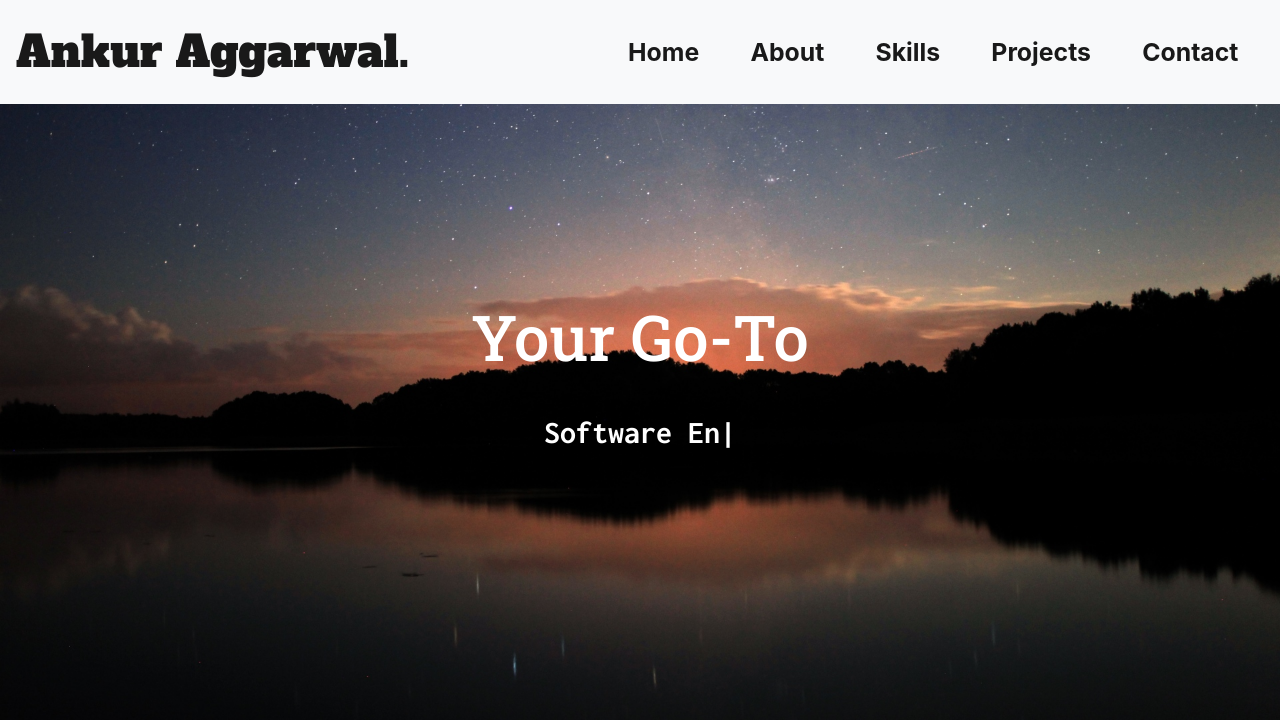
Repository: AnkurDevv/PersonalWebsite
Page: index.html
An editor plug-in stored every save of this project. The page is shown before and after the next save, followed by the edit.
The browser window is 1280 px wide. The pictures show the whole page.
Some web fonts or font styles are not loaded; a fallback is used.

Above is the page before, as saved 2020-09-12 23:34:13.

### index.html
<!DOCTYPE html>
<html>

<head>
  <meta charset="utf-8">
  <meta http-equiv="X-UA-Compatible" content="IE=edge">
  <title>Ankur Aggarwal</title>
  <meta name="description" content="">
  <meta name="viewport" content="width=device-width, initial-scale=1">
  <!-- Importing Bootstrap here -->
  <link rel="stylesheet" href="https://stackpath.bootstrapcdn.com/bootstrap/4.4.1/css/bootstrap.min.css"
    integrity="sha384-Vkoo8x4CGsO3+Hhxv8T/Q5PaXtkKtu6ug5TOeNV6gBiFeWPGFN9MuhOf23Q9Ifjh" crossorigin="anonymous">
  <!--CUSTOM CSS FOR THE PAGE  -->
  <link rel="stylesheet" href="./style/index.css">
  <!-- FOR COOL ANIMATION EFFECTS -->
  <link rel="stylesheet" href="./style/animate.css">
  <!-- FOR COOL TYPING EFFECTS -->
  <script src="https://cdn.jsdelivr.net/npm/typed.js@2.0.11"></script>
  <!-- FOR GOOGLE FONTS - START -->
  <!-- for main heading -->
  <link
    href="https://fonts.googleapis.com/css2?family=Merienda:wght@700&family=Pacifico&family=Roboto&family=Roboto+Slab:wght@500&display=swap"
    rel="stylesheet">
  <!-- For Sub heading -->
  <link
    href="https://fonts.googleapis.com/css2?family=Inconsolata:wght@700&family=Merienda:wght@700&family=Pacifico&family=Roboto&family=Roboto+Slab:wght@500&display=swap"
    rel="stylesheet">
  <!-- For Navbar Logo -->
  <link href="https://fonts.googleapis.com/css2?family=Alfa+Slab+One&display=swap" rel="stylesheet">
  <!-- FOR GOOGLE FONTS - END -->
</head>

<body>
  <header>
    <nav class="navbar navbar-expand-lg navbar-light bg-light">
      <a class="navbar-brand" id="Brand-logo">Ankur Aggarwal.</a>
      <button class="navbar-toggler" type="button" data-toggle="collapse" data-target="#navbarNav"
        aria-controls="navbarNav" aria-expanded="false" aria-label="Toggle navigation">
        <span class="navbar-toggler-icon"></span>
      </button>
      <div class="collapse navbar-collapse" id="navbarNav">
        <ul class="navbar-nav">
          <li class="nav-item active">
            <a class="nav-link" href="#">Home</a>
          </li>
          <li class="nav-item active">
            <a class="nav-link" href="#">About</a>
          </li>
          <!-- <li class="nav-item active">
            <a class="nav-link" href="#">Why Me?</a>
          </li> -->
          <li class="nav-item active">
            <a class="nav-link" href="#">Skills</a>
          </li>
          <li class="nav-item active">
            <a class="nav-link" href="#">Projects</a>
          </li>
          <li class="nav-item active">
            <a class="nav-link" href="#">Contact</a>
          </li>
        </ul>
      </div>
    </nav>
    <!-- FIRST IMPRESSION SECTION - START -->
    <section class="first-impression-section">
      <div class="row first-impression-row">
        <h1 class="text-center animated fadeInDown" id="MainNameHeading">Your Go-To</h1>
      </div>
      <div class="row">
        <h3 id="MainSubHeading">
          <span id="typed" style="white-space:pre;"></span>
          <!-- <span class="typed-cursor typed-cursor--blink">|</span> -->
        </h3>
      </div>
    </section>
    <!-- FIRST IMPRESSION SECTION - END -->
  </header>

  <script>
    // JS FOR COOL TYPING EFFECT USING TYPE.JS -  START
    var options = {
      strings: ['Software Engineer.', 'Web Developer.', 'Team Player.'],
      typeSpeed: 100,
      loop: true,
      backDelay: 800,
      backSpeed: 80,
      startDelay: 1000,
    };
    var typed = new Typed('#typed', options);
// JS FOR COOL TYPING EFFECT USING TYPE.JS -  END
  </script>

  <!-- NECESSARY JS FOR BOOTSTRAP - START -->
  <script src="https://code.jquery.com/jquery-3.4.1.slim.min.js"
    integrity="sha384-J6qa4849blE2+poT4WnyKhv5vZF5SrPo0iEjwBvKU7imGFAV0wwj1yYfoRSJoZ+n"
    crossorigin="anonymous"></script>
  <script src="https://cdn.jsdelivr.net/npm/popper.js@1.16.0/dist/umd/popper.min.js"
    integrity="sha384-Q6E9RHvbIyZFJoft+2mJbHaEWldlvI9IOYy5n3zV9zzTtmI3UksdQRVvoxMfooAo"
    crossorigin="anonymous"></script>
  <script src="https://stackpath.bootstrapcdn.com/bootstrap/4.4.1/js/bootstrap.min.js"
    integrity="sha384-wfSDF2E50Y2D1uUdj0O3uMBJnjuUD4Ih7YwaYd1iqfktj0Uod8GCExl3Og8ifwB6"
    crossorigin="anonymous"></script>
  <!-- NECESSARY JS FOR BOOTSTRAP - END -->

  <!-- ADDING JQUERY - START -->
  <script src="https://ajax.googleapis.com/ajax/libs/jquery/3.5.1/jquery.min.js"></script>
  <!-- ADDING JQUERY - END -->

  <!-- CUSTOM JS FOR THE PAGE - START  -->
  <script src="index.js"></script>
  <!-- CUSTOM JS FOR THE PAGE - END  -->
</body>

</html>

### style/index.css
body{
  margin-left: 0;
  margin-right: 0;
}

/* NAVBAR CSS - START */

#Brand-logo{
  font-family: 'Alfa Slab One', cursive;
  font-size: 270%;
}

.navbar-nav{
  margin-left: auto;
}

.nav-link{
  font-size: 155%;
  font-weight: 700;
  padding: 2vw!important;
}

@media only screen and (max-width: 992px) {
  .nav-link{
    text-align: center;
  }
}

@media only screen and (max-width: 600px) {

  #Brand-logo{
    font-size: 140%;
  }

  .navbar-nav{
    height: 100vh;
  }

  .nav-link{
    margin: 5vh auto;
  }

}

/* NAVBAR CSS - END */

/* FIRST IMPRESSION SECTION CSS - START */
header{
  height: 100vh; /* Takes 100% of the screen size */
  background-image:url(../images/sunset_skyline_lake_reflection_114025_1920x1080.jpg);
  -webkit-background-size: cover;
  background-position: center;
  overflow: hidden;
}

#MainNameHeading{
  margin: 0 auto;
  margin-top: 27vh;
  font-size: 395%;
  color: white;
  font-family: 'Roboto Slab', serif;
  padding-bottom: 3%;
}

#MainSubHeading{
  margin: 0 auto;
  color: white;
  text-align: -webkit-center;
  font-family: 'Inconsolata', monospace;
  font-size: xx-large;
}
/* FIRST IMPRESSION SECTION CSS - ENDS */

### index.js
// CHANGING NAVBAR COLOR WHEN A USER HOVERS OVER A LINK
$(document).ready(function () {

  // makes nav transparent when user hovers on a link
  $(".nav-link").hover(function () {
    $('.navbar').addClass('bg-dark').removeClass('bg-light');
    $('#Brand-logo').css("color", "white");
    $('.nav-link').css("color", "white");
    $('.navbar-toggler').css("color", "white");
  });

  // makes nav non-transparent when user hovers on a link
  $(".navbar").mouseleave(function () {
    $('.navbar').addClass('bg-light').removeClass('bg-dark');
    $('#Brand-logo').css("color", "black");
    $('.nav-link').css("color", "black");
    $('.navbar-toggler').css("color", "black");
  });

});

Loaded but not shown: style/animate.css (library)

After the next save:
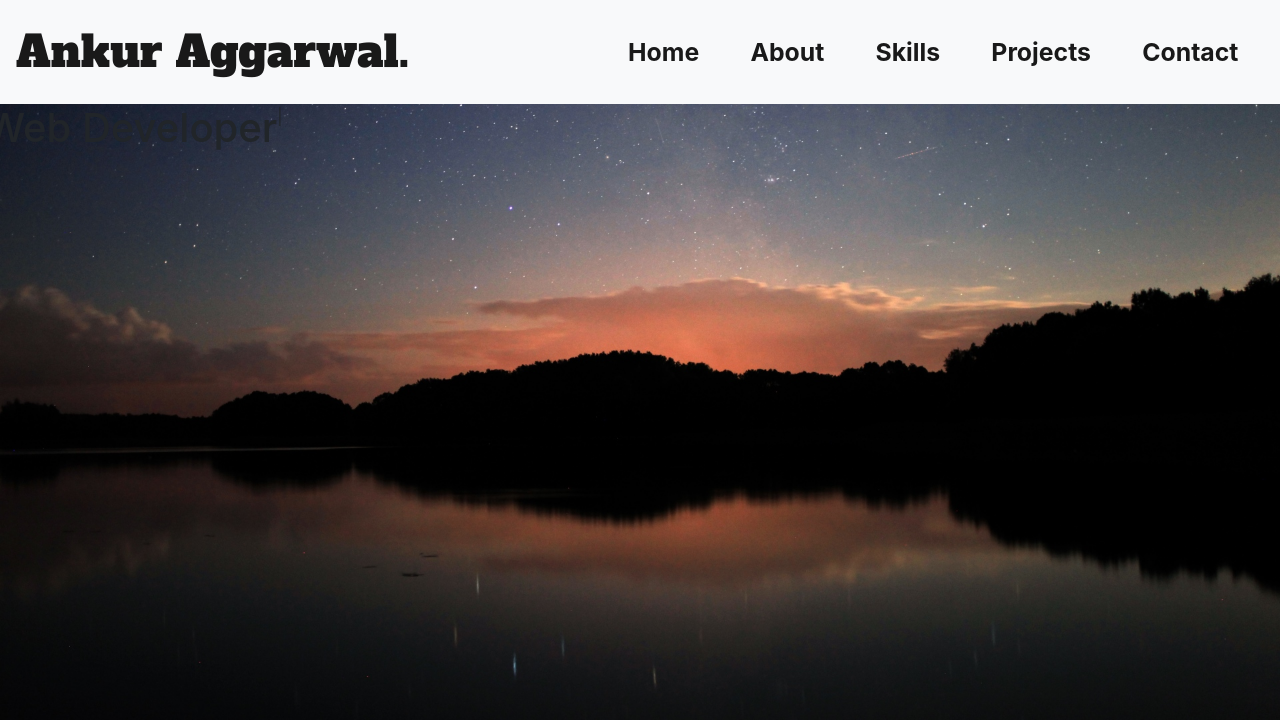
Saved 14 h 31 min later.
--- a/index.html
+++ b/index.html
@@ -64,11 +64,11 @@
     <!-- FIRST IMPRESSION SECTION - START -->
     <section class="first-impression-section">
       <div class="row first-impression-row">
-        <h1 class="text-center animated fadeInDown" id="MainNameHeading">Your Go-To</h1>
+        <h1 class="text-center animated fadeInDown" id="typed" id="MainNameHeading">Your Go-To</h1>
       </div>
       <div class="row">
         <h3 id="MainSubHeading">
-          <span id="typed" style="white-space:pre;"></span>
+          <span style="white-space:pre;"></span>
           <!-- <span class="typed-cursor typed-cursor--blink">|</span> -->
         </h3>
       </div>
